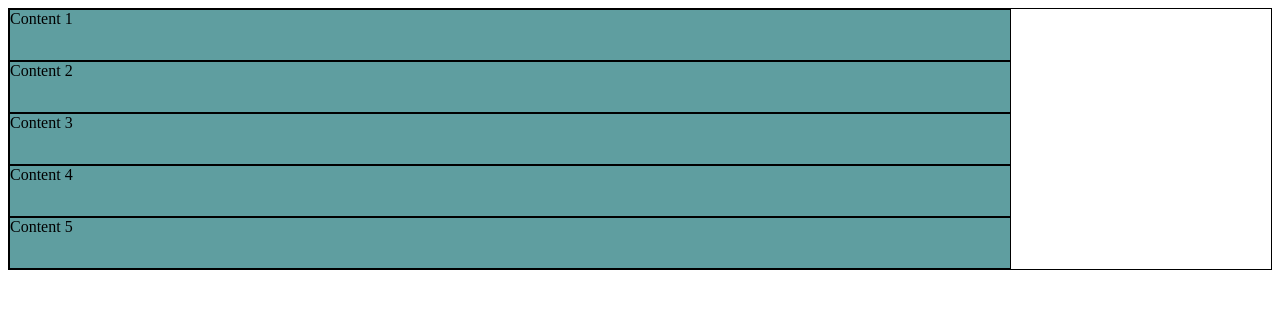
Repository: sammkrt/saltPrecourse
Page: css-trainingGround/cssMarginAndPadding.html
The author's editor kept a copy of each file at every save. The page is drawn from the files as they stood at one save, then again after the next save.
The browser window is 1280 px wide. The pictures show the whole page.

Above is the page before, as saved 2022-12-22 10:34:03.

### css-trainingGround/cssMarginAndPadding.html
<!DOCTYPE html>
<html lang="en">
<head>
    <title>Positioning plaground</title>
    <style>
        main {
            border: 1px solid black;
        }

        div {
            background-color: cadetblue;
            width: 1000px;
            height: 50px;
            border: 1px solid black;
        }

    </style>
</head>
<body>
<main>
    <div>Content 1</div>
    <div>Content 2</div>
    <div>Content 3</div>
    <div>Content 4</div>
    <div>Content 5</div>
</main>
</body>
</html>

After the next save:
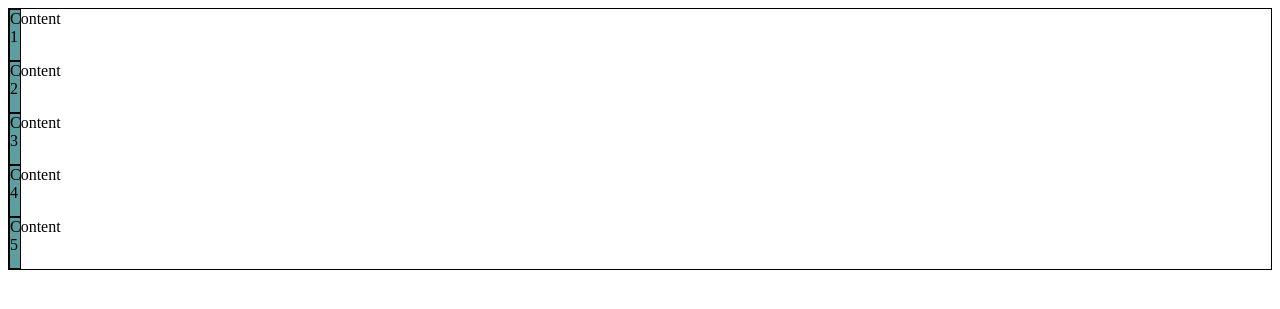
Saved 12 s later.
--- a/css-trainingGround/cssMarginAndPadding.html
+++ b/css-trainingGround/cssMarginAndPadding.html
@@ -9,7 +9,7 @@
 
         div {
             background-color: cadetblue;
-            width: 1000px;
+            width: 10px;
             height: 50px;
             border: 1px solid black;
         }
